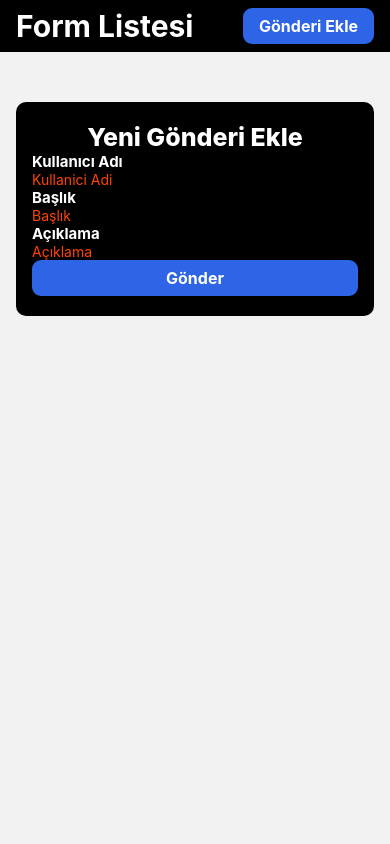
Repository: Kubraaygun/FirebaseRN
Screen: /
The author's editor kept a copy of each file at every save. The screen is drawn from the files as they stood at one save, then again after the next save.
The app was drawn by React Native's web renderer in a window 390 px wide. The project was rebuilt for these pictures with package versions that can differ from the ones it lists, and the page was loaded fresh each time. Also part of the build but not shown: src/screens/ListPost/ListPostView.jsx, src/screens/ListPost/ListPostController.jsx.

Above is the screen before, as saved 2025-01-20 20:49:36.

After the next save:
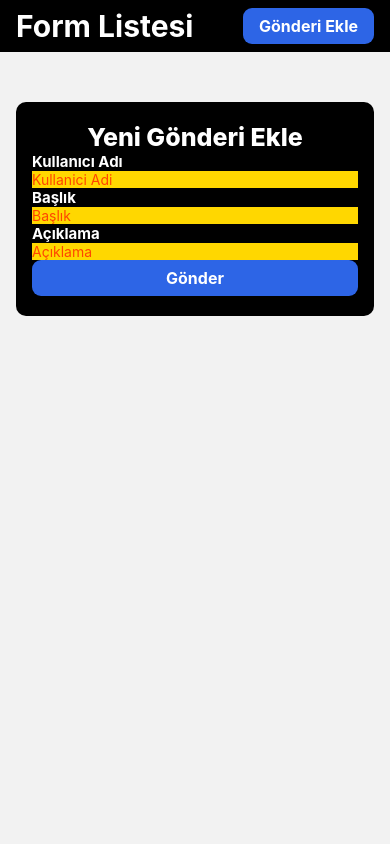
Saved 10 s later.
--- a/src/screens/AddPost/AddPostView.jsx
+++ b/src/screens/AddPost/AddPostView.jsx
@@ -60,5 +60,7 @@ const styles = StyleSheet.create({
     fontSize: 15,
     fontWeight: '700',
   },
-  input: {},
+  input: {
+    backgroundColor: 'gold',
+  },
 });
